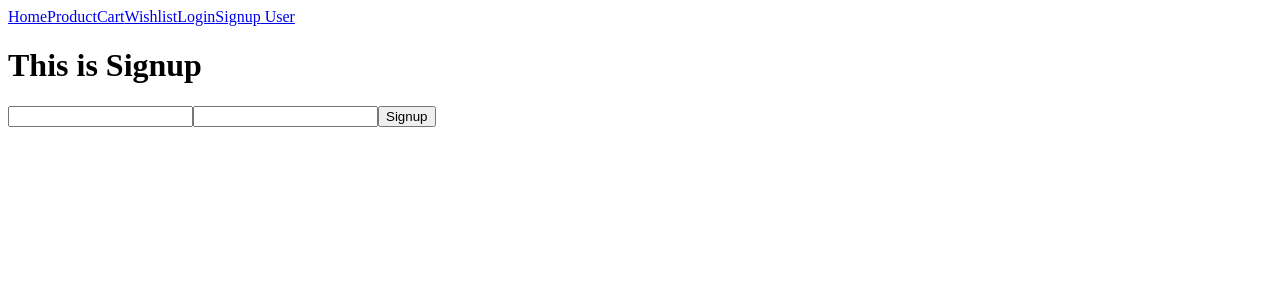
Repository: Irfan-vit/shoecase
Page: /signup
The author's editor kept a copy of each file at every save. The page is drawn from the files as they stood at one save, then again after a run of saves.
The browser window is 1280 px wide. The pictures show the whole page.
The page's requests for data from a server got no answer. The project was rebuilt for these pictures with package versions that can differ from the ones it lists, and the page was loaded fresh each time. No one was signed in, and anything a server would have sent is missing. Also part of the build but not shown: src/pages/home/HomePage.jsx, src/pages/Product/ProductPage.jsx, src/pages/cart/CartPage.jsx, src/pages/wishlist/WishlistPage.jsx, src/pages/Login/LoginPage.jsx, src/pages/user/User.jsx, src/components/RequiresAuth.jsx.

Above is the page before, as saved 2023-05-19 19:30:23.

### src/index.js
import React from 'react'
import { createRoot } from 'react-dom/client'
import { BrowserRouter } from 'react-router-dom'
import { makeServer } from './server'
import App from './App'

import { AuthProvider } from './context/AuthContext'

// Call make Server
makeServer()

createRoot(document.getElementById('root')).render(
  <BrowserRouter>
    <AuthProvider>
      <App />
    </AuthProvider>
  </BrowserRouter>,
)

### src/server.js
import { Server, Model, RestSerializer } from "miragejs";
import {
  loginHandler,
  signupHandler,
} from "./backend/controllers/AuthController";
import {
  addItemToCartHandler,
  getCartItemsHandler,
  removeItemFromCartHandler,
  updateCartItemHandler,
} from "./backend/controllers/CartController";
import {
  getAllCategoriesHandler,
  getCategoryHandler,
} from "./backend/controllers/CategoryController";
import {
  getAllProductsHandler,
  getProductHandler,
} from "./backend/controllers/ProductController";
import {
  addItemToWishlistHandler,
  getWishlistItemsHandler,
  removeItemFromWishlistHandler,
} from "./backend/controllers/WishlistController";
import { categories } from "./backend/db/categories";
import { products } from "./backend/db/products";
import { users } from "./backend/db/users";

export function makeServer({ environment = "development" } = {}) {
  return new Server({
    serializers: {
      application: RestSerializer,
    },
    environment,
    models: {
      product: Model,
      category: Model,
      user: Model,
      cart: Model,
      wishlist: Model,
    },

    // Runs on the start of the server
    seeds(server) {
      // disballing console logs from Mirage
      server.logging = false;
      products.forEach((item) => {
        server.create("product", { ...item });
      });

      users.forEach((item) =>
        server.create("user", { ...item, cart: [], wishlist: [] })
      );

      categories.forEach((item) => server.create("category", { ...item }));
    },

    routes() {
      this.namespace = "api";
      // auth routes (public)
      this.post("/auth/signup", signupHandler.bind(this));
      this.post("/auth/login", loginHandler.bind(this));

      // products routes (public)
      this.get("/products", getAllProductsHandler.bind(this));
      this.get("/products/:productId", getProductHandler.bind(this));

      // categories routes (public)
      this.get("/categories", getAllCategoriesHandler.bind(this));
      this.get("/categories/:categoryId", getCategoryHandler.bind(this));

      // cart routes (private)
      this.get("/user/cart", getCartItemsHandler.bind(this));
      this.post("/user/cart", addItemToCartHandler.bind(this));
      this.post("/user/cart/:productId", updateCartItemHandler.bind(this));
      this.delete(
        "/user/cart/:productId",
        removeItemFromCartHandler.bind(this)
      );

      // wishlist routes (private)
      this.get("/user/wishlist", getWishlistItemsHandler.bind(this));
      this.post("/user/wishlist", addItemToWishlistHandler.bind(this));
      this.delete(
        "/user/wishlist/:productId",
        removeItemFromWishlistHandler.bind(this)
      );
    },
  });
}

### src/App.jsx
import { useEffect } from 'react'
import { Routes, Route, Link } from 'react-router-dom'
import axios from 'axios'

import Home from './pages/Home/HomePage'
import Product from './pages/Product/ProductPage'
import Cart from './pages/Cart/CartPage'
import Wishlist from './pages/Wishlist/WishlistPage'
import Login from './pages/Login/LoginPage'
import Signup from './pages/Signup/SignupPage'
import User from './pages/user/User'

import RequiresAuth from './components/RequiresAuth'

function App() {
  async function getCat() {
    const res = await axios.get('/api/products')
    const dat = res.data.products
    console.log(dat)
  }
  useEffect(() => {
    getCat()
  }, [])

  return (
    <div className="App">
      <nav>
        <Link to="/">Home</Link>
        <Link to="/product">Product</Link>
        <Link to="/cart">Cart</Link>
        <Link to="/wishlist">Wishlist</Link>
        <Link to="/login">Login</Link>
        <Link to="/signup">Signup</Link>
        <Link to="/user"> User </Link>
      </nav>
      <Routes>
        <Route path="/" element={<Home />} />
        <Route path="/product" element={<Product />} />
        <Route path="/wishlist" element={<Wishlist />} />
        <Route path="/login" element={<Login />} />
        <Route path="/signup" element={<Signup />} />
        <Route path="/user" element={<User />} />
        <Route
          path="/cart"
          element={
            <RequiresAuth>
              <Cart />
            </RequiresAuth>
          }
        />
      </Routes>
    </div>
  )
}

export default App

### src/context/AuthContext.jsx
import { createContext, useContext, useEffect, useState } from 'react'
import { useNavigate, useLocation } from 'react-router-dom'
import axios from 'axios'

const AuthContext = createContext()

const AuthProvider = ({ children }) => {
  const navigate = useNavigate()
  const location = useLocation()
  const [token, setToken] = useState(localStorage.getItem('token'))

  async function getUser({ email, password }, e) {
    try {
      e.preventDefault()
      const res = await axios.post(
        `/api/auth/login`,
        JSON.stringify({
          email,
          password,
        }),
      )
      console.log(res.data)
      localStorage.setItem('token', await JSON.stringify(res.data))
      setToken(localStorage.getItem('token'))
      console.log(token)
      navigate(location.state.from.pathname, { replace: true })
    } catch {
      console.error('invalid Credentials')
    }
  }

  async function setUser({ email, password }, e) {
    try {
      e.preventDefault()
      const res = await axios.post(`/api/auth/signup`, {
        email,
        password,
      })
      localStorage.setItem('token', await JSON.stringify(res.data))
      setToken(localStorage.getItem('token'))
      console.log(token)
      navigate('/')
    } catch {
      console.error('invalid signup')
    }
  }
  return (
    <AuthContext.Provider value={{ getUser, setUser, token }}>
      {children}
    </AuthContext.Provider>
  )
}

const useAuth = () => useContext(AuthContext)

export { AuthProvider, useAuth }

### src/backend/controllers/AuthController.js
import { v4 as uuid } from "uuid";
import { Response } from "miragejs";
import { formatDate } from "../utils/authUtils";
const sign = require("jwt-encode");
/**
 * All the routes related to Auth are present here.
 * These are Publicly accessible routes.
 * */

/**
 * This handler handles user signups.
 * send POST Request at /api/auth/signup
 * body contains {firstName, lastName, email, password}
 * */

export const signupHandler = function (schema, request) {
  const { email, password, ...rest } = JSON.parse(request.requestBody);
  try {
    // check if email already exists
    const foundUser = schema.users.findBy({ email });
    if (foundUser) {
      return new Response(
        422,
        {},
        {
          errors: ["Unprocessable Entity. Email Already Exists."],
        }
      );
    }
    const _id = uuid();
    const newUser = {
      _id,
      email,
      password,
      createdAt: formatDate(),
      updatedAt: formatDate(),
      ...rest,
      cart: [],
      wishlist: [],
    };
    const createdUser = schema.users.create(newUser);
    const encodedToken = sign({ _id, email }, process.env.REACT_APP_JWT_SECRET);
    return new Response(201, {}, { createdUser, encodedToken });
  } catch (error) {
    return new Response(
      500,
      {},
      {
        error,
      }
    );
  }
};

/**
 * This handler handles user login.
 * send POST Request at /api/auth/login
 * body contains {email, password}
 * */

export const loginHandler = function (schema, request) {
  const { email, password } = JSON.parse(request.requestBody);
  try {
    const foundUser = schema.users.findBy({ email });
    if (!foundUser) {
      return new Response(
        404,
        {},
        { errors: ["The email you entered is not Registered. Not Found error"] }
      );
    }
    if (password === foundUser.password) {
      const encodedToken = sign(
        { _id: foundUser._id, email },
        process.env.REACT_APP_JWT_SECRET
      );
      foundUser.password = undefined;
      return new Response(200, {}, { foundUser, encodedToken });
    }
    return new Response(
      401,
      {},
      {
        errors: [
          "The credentials you entered are invalid. Unauthorized access error.",
        ],
      }
    );
  } catch (error) {
    return new Response(
      500,
      {},
      {
        error,
      }
    );
  }
};

### src/backend/controllers/CartController.js
import { Response } from "miragejs";
import { formatDate, requiresAuth } from "../utils/authUtils";

/**
 * All the routes related to Cart are present here.
 * These are private routes.
 * Client needs to add "authorization" header with JWT token in it to access it.
 * */

/**
 * This handler handles getting items to user's cart.
 * send GET Request at /api/user/cart
 * */
export const getCartItemsHandler = function (schema, request) {
  const userId = requiresAuth.call(this, request);
  if (!userId) {
    return new Response(
      404,
      {},
      {
        errors: ["The email you entered is not Registered. Not Found error"],
      }
    );
  }
  const userCart = schema.users.findBy({ _id: userId }).cart;
  return new Response(200, {}, { cart: userCart });
};

/**
 * This handler handles adding items to user's cart.
 * send POST Request at /api/user/cart
 * body contains {product}
 * */

export const addItemToCartHandler = function (schema, request) {
  const userId = requiresAuth.call(this, request);
  try {
    if (!userId) {
      return new Response(
        404,
        {},
        {
          errors: ["The email you entered is not Registered. Not Found error"],
        }
      );
    }
    const userCart = schema.users.findBy({ _id: userId }).cart;
    const { product } = JSON.parse(request.requestBody);
    userCart.push({
      ...product,
      createdAt: formatDate(),
      updatedAt: formatDate(),
      qty: 1,
    });
    this.db.users.update({ _id: userId }, { cart: userCart });
    return new Response(201, {}, { cart: userCart });
  } catch (error) {
    return new Response(
      500,
      {},
      {
        error,
      }
    );
  }
};

/**
 * This handler handles removing items to user's cart.
 * send DELETE Request at /api/user/cart/:productId
 * */

export const removeItemFromCartHandler = function (schema, request) {
  const userId = requiresAuth.call(this, request);
  try {
    if (!userId) {
      return new Response(
        404,
        {},
        {
          errors: ["The email you entered is not Registered. Not Found error"],
        }
      );
    }
    let userCart = schema.users.findBy({ _id: userId }).cart;
    const productId = request.params.productId;
    userCart = userCart.filter((item) => item._id !== productId);
    this.db.users.update({ _id: userId }, { cart: userCart });
    return new Response(200, {}, { cart: userCart });
  } catch (error) {
    return new Response(
      500,
      {},
      {
        error,
      }
    );
  }
};

/**
 * This handler handles adding items to user's cart.
 * send POST Request at /api/user/cart/:productId
 * body contains {action} (whose 'type' can be increment or decrement)
 * */

export const updateCartItemHandler = function (schema, request) {
  const productId = request.params.productId;
  const userId = requiresAuth.call(this, request);
  try {
    if (!userId) {
      return new Response(
        404,
        {},
        {
          errors: ["The email you entered is not Registered. Not Found error"],
        }
      );
    }
    const userCart = schema.users.findBy({ _id: userId }).cart;
    const { action } = JSON.parse(request.requestBody);
    if (action.type === "increment") {
      userCart.forEach((product) => {
        if (product._id === productId) {
          product.qty += 1;
          product.updatedAt = formatDate();
        }
      });
    } else if (action.type === "decrement") {
      userCart.forEach((product) => {
        if (product._id === productId) {
          product.qty -= 1;
          product.updatedAt = formatDate();
        }
      });
    }
    this.db.users.update({ _id: userId }, { cart: userCart });
    return new Response(200, {}, { cart: userCart });
  } catch (error) {
    return new Response(
      500,
      {},
      {
        error,
      }
    );
  }
};

### src/backend/controllers/CategoryController.js
import { Response } from "miragejs";

/**
 * All the routes related to Category are present here.
 * These are Publicly accessible routes.
 * */

/**
 * This handler handles gets all categories in the db.
 * send GET Request at /api/categories
 * */

export const getAllCategoriesHandler = function () {
  try {
    return new Response(200, {}, { categories: this.db.categories });
  } catch (error) {
    return new Response(
      500,
      {},
      {
        error,
      }
    );
  }
};

/**
 * This handler handles gets all categories in the db.
 * send GET Request at /api/user/category/:categoryId
 * */

export const getCategoryHandler = function (schema, request) {
  const categoryId = request.params.categoryId;
  try {
    const category = schema.categories.findBy({ _id: categoryId });
    return new Response(200, {}, { category });
  } catch (error) {
    return new Response(
      500,
      {},
      {
        error,
      }
    );
  }
};

### src/backend/controllers/ProductController.js
import { Response } from "miragejs";

/**
 * All the routes related to Product are present here.
 * These are Publicly accessible routes.
 * */

/**
 * This handler handles gets all products in the db.
 * send GET Request at /api/products
 * */

export const getAllProductsHandler = function () {
  return new Response(200, {}, { products: this.db.products });
};

/**
 * This handler handles gets all products in the db.
 * send GET Request at /api/user/products/:productId
 * */

export const getProductHandler = function (schema, request) {
  const productId = request.params.productId;
  try {
    const product = schema.products.findBy({ _id: productId });
    return new Response(200, {}, { product });
  } catch (error) {
    return new Response(
      500,
      {},
      {
        error,
      }
    );
  }
};

### src/backend/controllers/WishlistController.js
import { Response } from "miragejs";
import { formatDate, requiresAuth } from "../utils/authUtils";

/**
 * All the routes related to Wishlist are present here.
 * These are private routes.
 * Client needs to add "authorization" header with JWT token in it to access it.
 * */

/**
 * This handler handles getting items to user's wishlist.
 * send GET Request at /api/user/wishlist
 * */

export const getWishlistItemsHandler = function (schema, request) {
  const userId = requiresAuth.call(this, request);
  if (!userId) {
    return new Response(
      404,
      {},
      {
        errors: ["The email you entered is not Registered. Not Found error"],
      }
    );
  }
  const userWishlist = schema.users.findBy({ _id: userId }).wishlist;
  return new Response(200, {}, { wishlist: userWishlist });
};

/**
 * This handler handles adding items to user's wishlist.
 * send POST Request at /api/user/wishlist
 * body contains {product}
 * */

export const addItemToWishlistHandler = function (schema, request) {
  const userId = requiresAuth.call(this, request);
  try {
    if (!userId) {
      return new Response(
        404,
        {},
        {
          errors: ["The email you entered is not Registered. Not Found error"],
        }
      );
    }
    const userWishlist = schema.users.findBy({ _id: userId }).wishlist;
    const { product } = JSON.parse(request.requestBody);
    userWishlist.push({
      ...product,
      createdAt: formatDate(),
      updatedAt: formatDate(),
    });
    this.db.users.update({ _id: userId }, { wishlist: userWishlist });
    return new Response(201, {}, { wishlist: userWishlist });
  } catch (error) {
    return new Response(
      500,
      {},
      {
        error,
      }
    );
  }
};

/**
 * This handler handles removing items to user's wishlist.
 * send DELETE Request at /api/user/wishlist
 * body contains {product}
 * */

export const removeItemFromWishlistHandler = function (schema, request) {
  const userId = requiresAuth.call(this, request);
  try {
    if (!userId) {
      return new Response(
        404,
        {},
        {
          errors: ["The email you entered is not Registered. Not Found error"],
        }
      );
    }
    let userWishlist = schema.users.findBy({ _id: userId }).wishlist;
    const productId = request.params.productId;
    userWishlist = userWishlist.filter((item) => item._id !== productId);
    this.db.users.update({ _id: userId }, { wishlist: userWishlist });
    return new Response(200, {}, { wishlist: userWishlist });
  } catch (error) {
    return new Response(
      500,
      {},
      {
        error,
      }
    );
  }
};

### src/backend/db/categories.js
import { v4 as uuid } from 'uuid'
import { casual, fitness, track, sports } from '../../assets/assetsServer'
/**
 * Category Database can be added here.
 * You can add category of your wish with different attributes
 * */

export const categories = [
  {
    _id: uuid(),
    categoryName: 'casual',
    imgSrc: casual,
  },
  {
    _id: uuid(),
    categoryName: 'sports',
    imgSrc: sports,
  },
  {
    _id: uuid(),
    categoryName: 'fitness',
    imgSrc: fitness,
  },
  {
    _id: uuid(),
    categoryName: 'track',
    imgSrc: track,
  },
]

### src/backend/db/products.js
import { v4 as uuid } from 'uuid'
import {
  casualT1,
  casualT2,
  fitnessT1,
  fitnessT2,
  trackT1,
  trackT2,
  sportsT1,
  sportsT2,
} from '../../assets/assetsServer'
/**
 * Product Database can be added here.
 * You can add products of your wish with different attributes
 * */

export const products = [
  {
    _id: uuid(),
    isFeatured: false,
    title: 'Vans Old Skool',
    price: '5499',
    categoryName: 'casual',
    inWishlist: true,
    inCart: true,
    imgSrc: casualT1,
    rating: 4.5,
  },
  {
    _id: uuid(),
    isFeatured: true,
    title: 'Adidas Gazelle',
    price: '7799',
    categoryName: 'casual',
    inWishlist: false,
    inCart: false,
    imgSrc: casualT2,
    rating: 3.0,
  },
  {
    _id: uuid(),
    isFeatured: false,
    title: 'Mizuno sneakers',
    price: '13912',
    categoryName: 'fitness',
    inWishlist: false,
    inCart: false,
    imgSrc: fitnessT1,
    rating: 3.5,
  },
  {
    _id: uuid(),
    isFeatured: true,
    title: 'Reebok Hexaffect',
    price: '7999',
    categoryName: 'fitness',
    inWishlist: false,
    inCart: false,
    imgSrc: fitnessT2,
    rating: 3.0,
  },
  {
    _id: uuid(),
    isFeatured: true,
    title: 'Brroks Hyperion Max',
    price: '5999',
    categoryName: 'track',
    inWishlist: false,
    inCart: false,
    imgSrc: trackT1,
    rating: 3.5,
  },
  {
    _id: uuid(),
    isFeatured: false,
    title: 'Air Zoom Pegasus',
    price: '8996',
    categoryName: 'track',
    inWishlist: false,
    inCart: false,
    imgSrc: trackT2,
    rating: 4.5,
  },
  {
    _id: uuid(),
    isFeatured: true,
    title: 'New Balance Revlitye',
    price: '5890',
    categoryName: 'sports',
    inWishlist: false,
    inCart: false,
    imgSrc: sportsT1,
    rating: 4,
  },
  {
    _id: uuid(),
    isFeatured: false,
    title: 'Hummel Liga GK',
    price: '7199',
    categoryName: 'sports',
    inWishlist: false,
    inCart: false,
    imgSrc: sportsT2,
    rating: 3.5,
  },
]

### src/backend/db/users.js
import { v4 as uuid } from 'uuid'
import { formatDate } from '../utils/authUtils'
/**
 * User Database can be added here.
 * You can add default users of your wish with different attributes
 * Every user will have cart (Quantity of all Products in Cart is set to 1 by default), wishList by default
 * */

export const users = [
  {
    _id: uuid(),
    firstName: 'Adarsh',
    lastName: 'Balika',
    email: 'adarshbalika@gmail.com',
    password: 'adarshbalika',
    address: {
      building: 'at building',
      area: 'at area',
      city: 'at city',
      pincode: 'at code',
    },
    createdAt: formatDate(),
    updatedAt: formatDate(),
  },
  {
    _id: uuid(),
    firstName: 'Adarsh',
    lastName: 'Balika',
    email: 'balika@gmail.com',
    password: 'balika',
    address: {
      building: 'at building',
      area: 'at area',
      city: 'at city',
      pincode: 'at code',
    },
    createdAt: formatDate(),
    updatedAt: formatDate(),
  },
]

### src/pages/Signup/SignupPage.jsx
import { useState } from 'react'
import { useAuth } from '../../context/AuthContext'

const Signup = () => {
  const { setUser } = useAuth()
  return (
    <>
      <h1>This is Signup</h1>
      <form
        onSubmit={(e) => {
          const formData = new FormData(e.target)
          const userData = {
            email: formData?.get('email') ?? 'adarshbalika@gmail.com',
            password: formData?.get('password') ?? 'wobalika',
          }
          setUser(userData, e)
        }}
      >
        <label htmlFor="email">
          <input type="email" name="email" />
        </label>
        <label htmlFor="password">
          <input type="text" name="password" />
        </label>
        <label htmlFor="building"></label>
        <button>Signup</button>
      </form>
    </>
  )
}

export default Signup

### src/assets/assetsServer.js
import casual from './images/casual.jpg'
import casualT1 from './images/casualT1.jpg'
import casualT2 from './images/casualT2.jpg'
import fitness from './images/fitness.jpg'
import fitnessT1 from './images/fitnessT1.jpg'
import fitnessT2 from './images/fitnessT2.jpg'
import track from './images/track.jpg'
import trackT1 from './images/trackT1.jpg'
import trackT2 from './images/trackT2.jpg'
import sports from './images/sports.jpg'
import sportsT1 from './images/sportsT1.jpg'
import sportsT2 from './images/sportsT2.jpg'
import men from './images/men.jpg'
import mensT1 from './images/mensT1.jpg'
import mensT2 from './images/mensT2.jpg'
import women from './images/women.jpg'
import womensT1 from './images/womensT1.jpg'
import womensT2 from './images/womensT2.jpg'

export {
  casual,
  casualT1,
  casualT2,
  fitness,
  fitnessT1,
  fitnessT2,
  track,
  trackT1,
  trackT2,
  sports,
  sportsT1,
  sportsT2,
  men,
  mensT1,
  mensT2,
  women,
  womensT1,
  womensT2,
}

Loaded but not shown: public/index.html (common file); src/backend/utils/authUtils.js (common file)

After the next 2 saves:
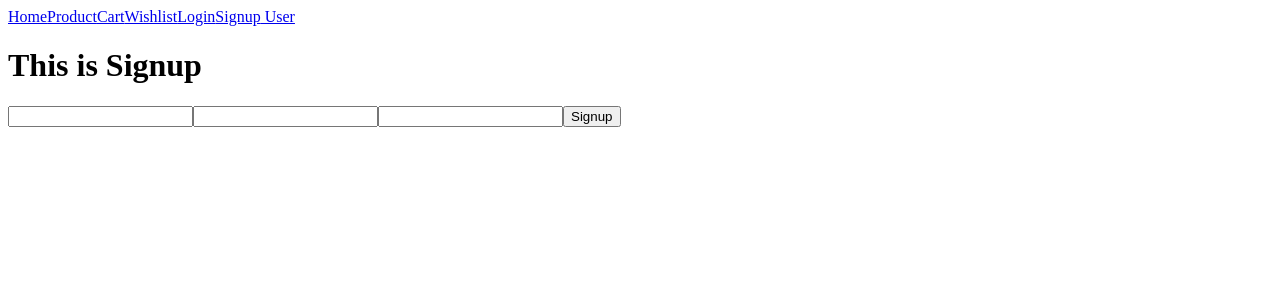
The 2 saves are shown as one change because they came seconds apart.
The last was saved 14 s later.
--- a/src/pages/Signup/SignupPage.jsx
+++ b/src/pages/Signup/SignupPage.jsx
@@ -22,7 +22,9 @@ const Signup = () => {
         <label htmlFor="password">
           <input type="text" name="password" />
         </label>
-        <label htmlFor="building"></label>
+        <label htmlFor="building">
+          <input type="text" />
+        </label>
         <button>Signup</button>
       </form>
     </>
